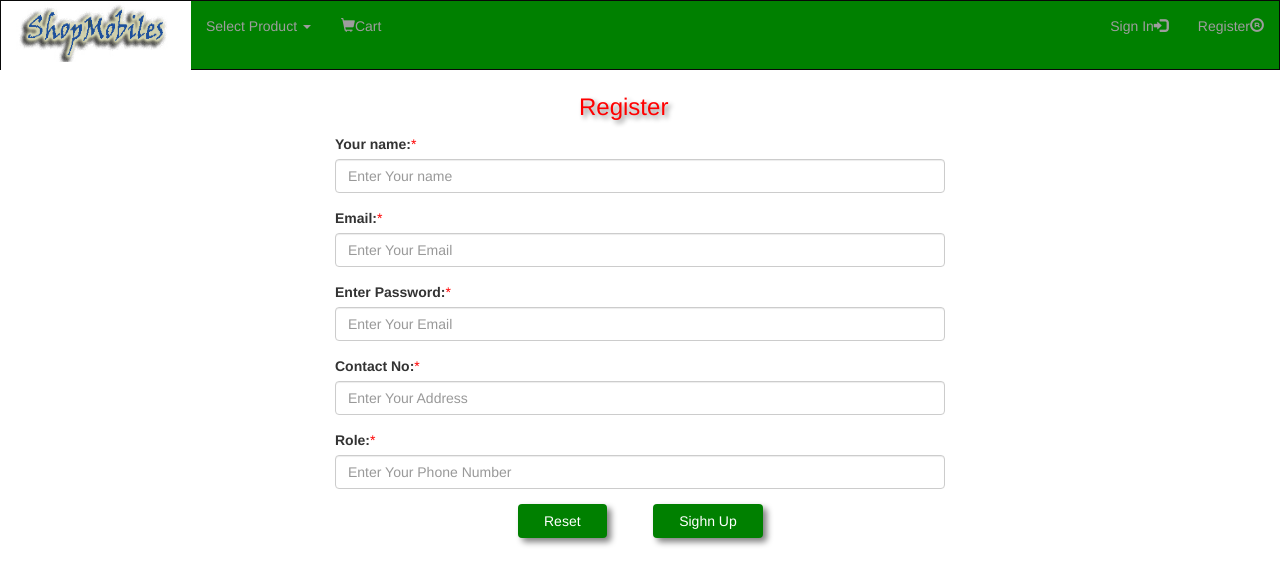
Repository: KoustabhBiswas/Final-Ecommerce-Project
Page: http://localhost/ecommerce1/WEB-INF/views/register.jsp
These files come from the project's save history. The page is drawn as it stood at one moment and after the next save; the edit follows.
The browser window is 1280 px wide. The pictures show the whole page.
Some web libraries are served in a nearby version. The page is served by Tomcat 9. Nobody is signed in. The template is opened directly, without the code that normally fills it, so the values that code supplies are empty.

Above is the page before, as saved 2017-09-17 12:18:33.

After the next save:
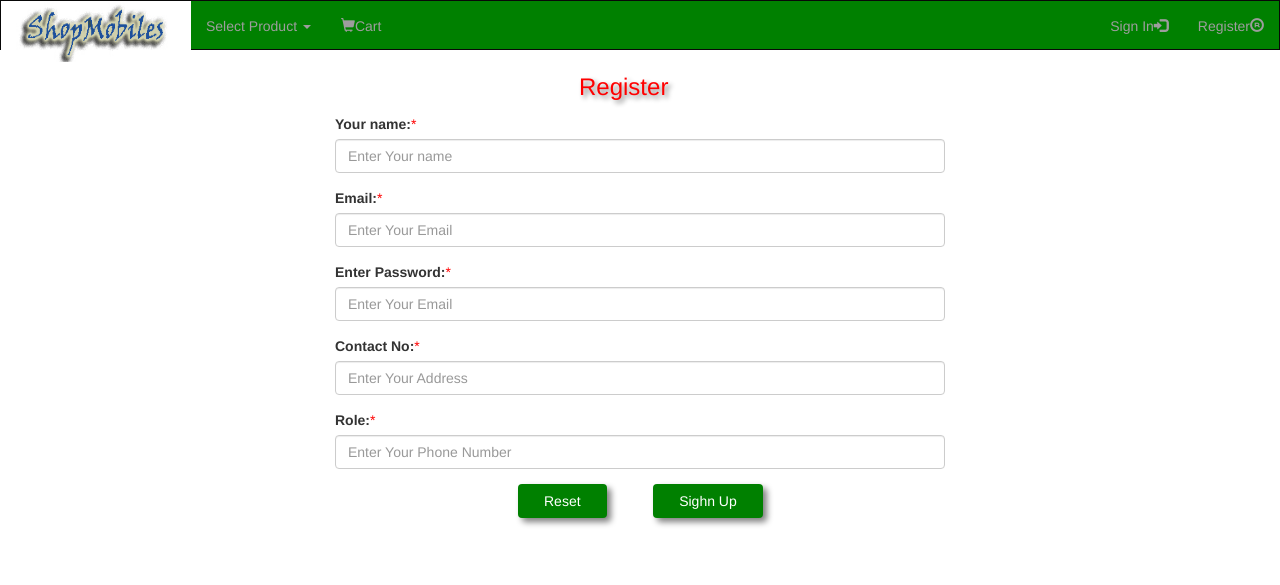
Saved 19 s later.
--- a/Final Ecommerce Project/Ecommerce_Project-master/project/ecommerce1/src/main/webapp/WEB-INF/views/shared/navbar.jsp
+++ b/Final Ecommerce Project/Ecommerce_Project-master/project/ecommerce1/src/main/webapp/WEB-INF/views/shared/navbar.jsp
@@ -12,7 +12,7 @@ nav {
 
 <div class="row" style="border-bottom-style: none;">
 	<nav class="navbar navbar-inverse"
-		style="background-color: green; border-radius: 0px; color: white; height:70px">
+		style="background-color: green; border-radius: 0px; color: white; height:50px">
 		<div class="container-fluid">
 			<div class="navbar-header" >
 				<a class="navbar-brand" href="home" style="background-color:white; height:69px"><img
